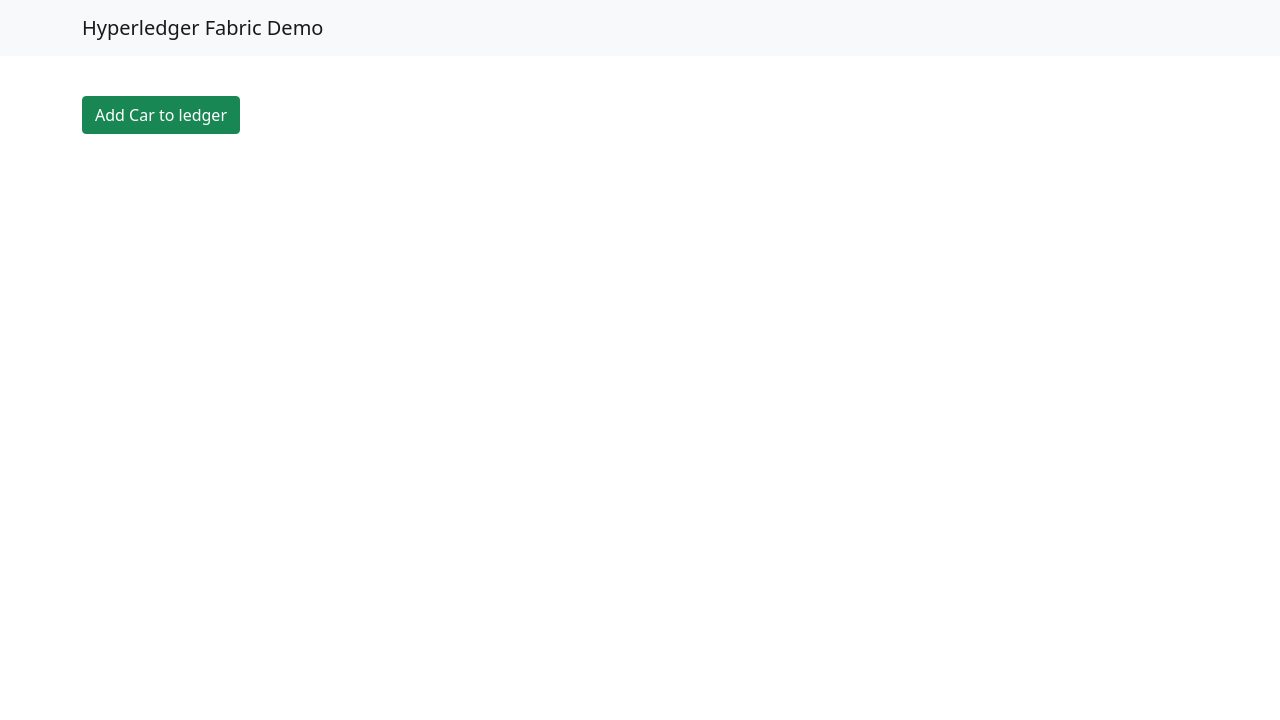
Repository: akshaykurhekar/hyperledger-asset-monetization-dapp
Page: / (app in fabcarWeb/new-ui/)
An editor plug-in stored every save of this project. The page is shown before and after a run of saves, followed by the edit.
The browser window is 1280 px wide. The pictures show the whole page.
The page's requests for data from a server got no answer. The project was rebuilt for these pictures with package versions that can differ from the ones it lists, and the page was loaded fresh each time. No one was signed in, and anything a server would have sent is missing. Also part of the build but not shown: fabcarWeb/new-ui/src/components/card.js, fabcarWeb/new-ui/src/pages/carDetalis.js.

Above is the page before, as saved 2022-04-05 14:19:21.

After the next 9 saves:
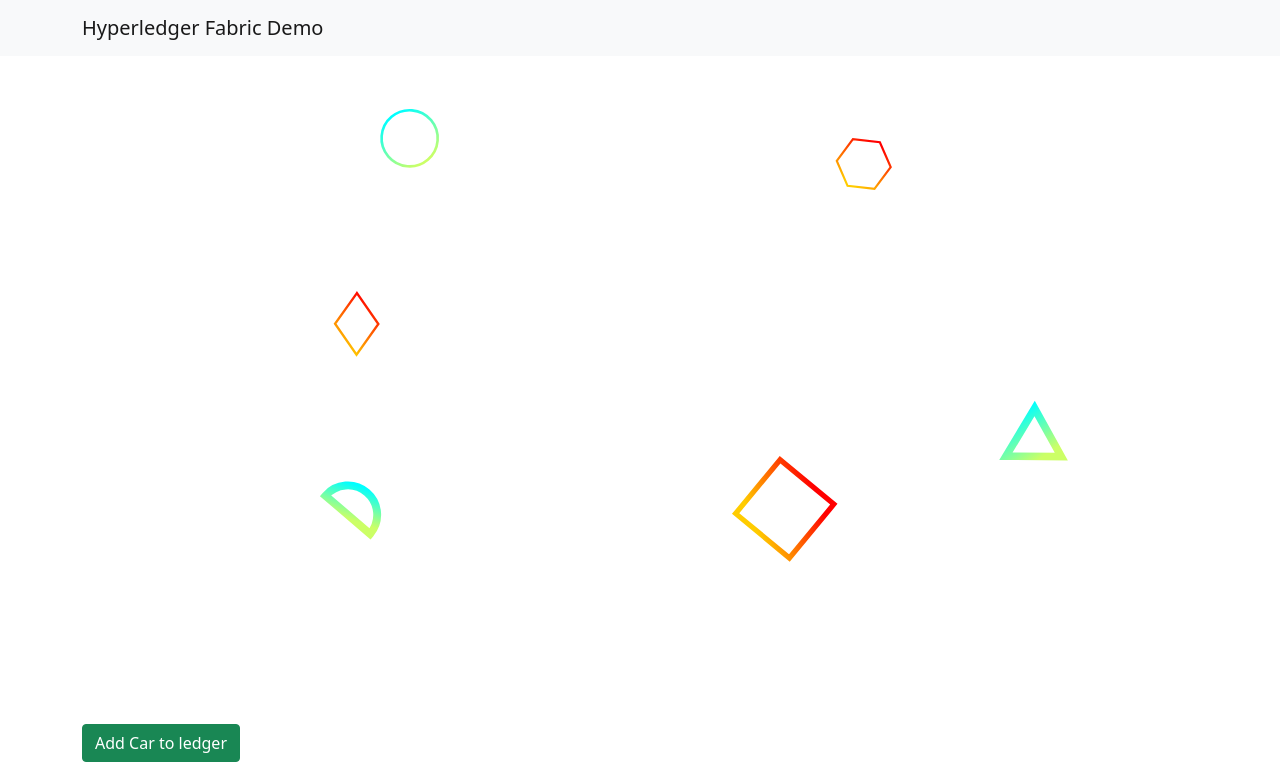
The 9 saves are shown as one change because 2 did not build or start and some came seconds apart.
The last was saved 32 min 20 s later.
--- a/fabcarWeb/new-ui/src/pages/home.js
+++ b/fabcarWeb/new-ui/src/pages/home.js
@@ -2,7 +2,7 @@
 import Navbar from "./../components/navbar";
 import Card from "./../components/card";
 import Model from "./../components/model";
-import { Container, Row, Col } from "react-bootstrap";
+import { Container, Row, Col, Image } from "react-bootstrap";
 import axios from "axios";
 import svgImage from "./../scattered-forcefields.svg";
 
@@ -37,6 +37,7 @@
     <div style={{backgroundImage:svgImage}}>
       <Navbar />
       <Container>
+          <Image src={svgImage} />
         <Row style={{ paddingTop: "40px" }}>
           <Col sm={3}>
             <Model fetchCarData={carData}/>
